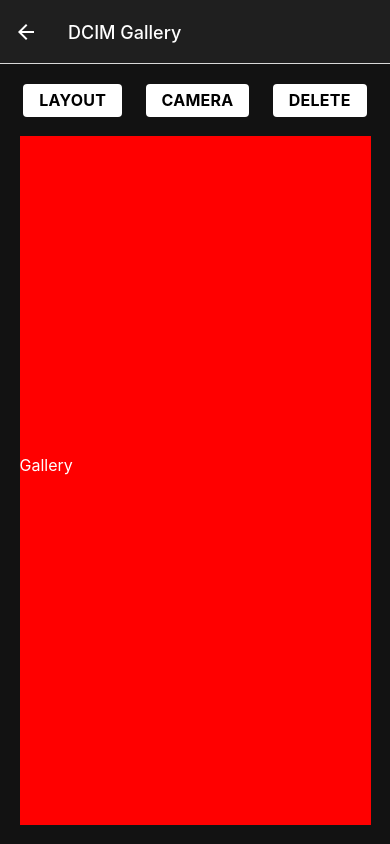
Repository: jzielinski47/react-native-camera-app
Screen: /gallery
These files come from the project's save history. The screen is drawn as it stood at one moment and after a run of saves; the edit follows.
The app was drawn by React Native's web renderer in a window 390 px wide. The project was rebuilt for these pictures with package versions that can differ from the ones it lists, and the page was loaded fresh each time.

Above is the screen before, as saved 2022-12-04 15:13:59.

After the next 2 saves:
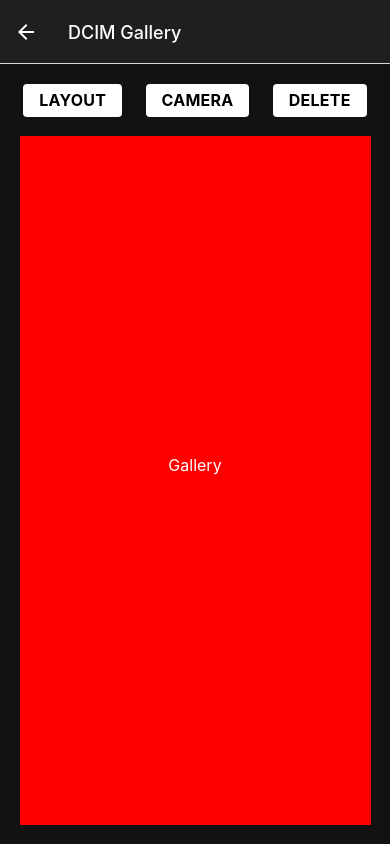
The 2 saves are shown as one change because 1 did not build or start.
The last was saved 14 s later.
--- a/screens/Gallery.jsx
+++ b/screens/Gallery.jsx
@@ -20,7 +20,7 @@ export default function Gallery() {
 const styles = StyleSheet.create({
     container: { flex: 1, backgroundColor: '#121212' },
     headlineBtns: { flexDirection: 'row', justifyContent: 'space-evenly', paddingTop: '5%' },
-    gallery: { flex: 1, justifyContent: 'center', backgroundColor: 'red', margin: '5%' },
+    gallery: { flex: 1, justifyContent: 'center', alignItems: 'center', backgroundColor: 'red', margin: '5%' },
     image: { flex: 1, justifyContent: 'center', alignItems: 'center' },
     icon: { width: 50, height: 50, margin: 10 },
     title: { color: 'white', fontWeight: 'bold', fontSize: 32, marginBottom: 5 },
